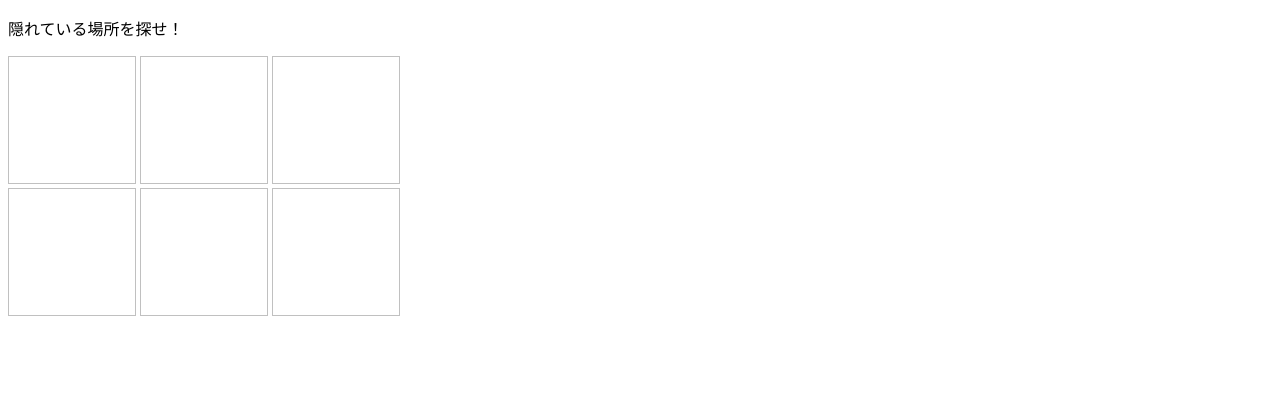
Repository: shoma2491/Mission_Invisible
Page: src/main/resources/templates/game.html
An editor plug-in stored every save of this project. The page is shown before and after the next save, followed by the edit.
The browser window is 1280 px wide. The pictures show the whole page.

Above is the page before, as saved 2022-01-18 14:29:34.

After the next save:
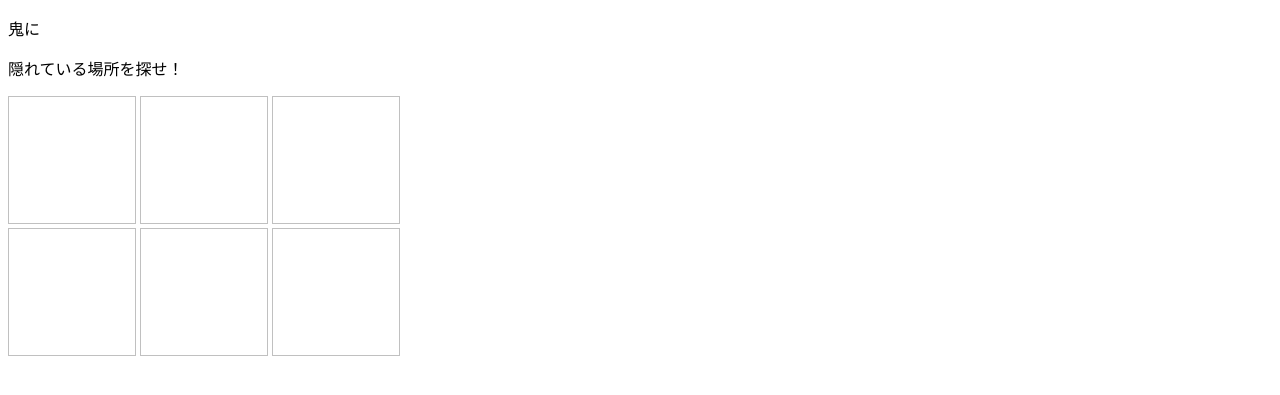
Saved 5 s later.
--- a/src/main/resources/templates/game.html
+++ b/src/main/resources/templates/game.html
@@ -7,7 +7,7 @@
 
 <body>
         <div sec:authorize="hasRole('ROLE_USER')">
-                <p></p>
+                <p>鬼に</p>
         </div>
         <div sec:authorize="hasRole('ROLE_ONI')">
                 <p>隠れている場所を探せ！</p>
